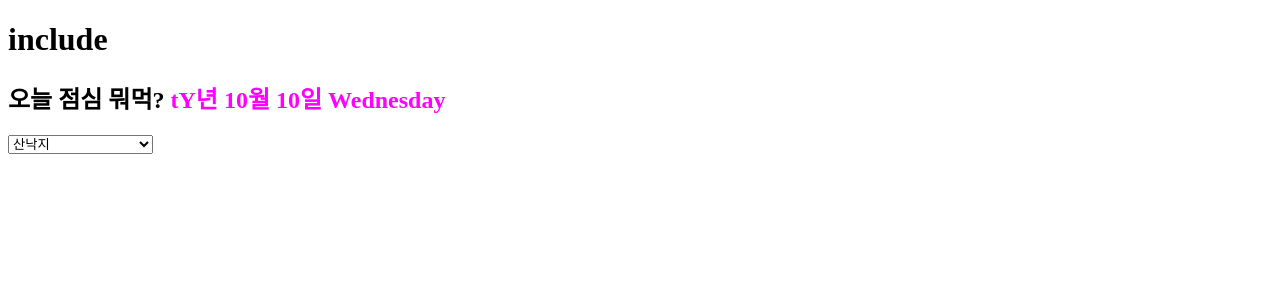
Repository: steeveelee2/WEB_Study
Page: http://localhost/jspProject/views/03_lunchMenu.jsp
These files come from the project's save history. The page is drawn as it stood at one moment and after the next save; the edit follows.
The browser window is 1280 px wide. The pictures show the whole page.
The page is served by Tomcat 9. Other server files are loaded and not shown.

Above is the page before, as saved 2018-10-15 03:12:17.

### webWorkspace/jspProject/web/views/03_lunchMenu.jsp
<%@ page language="java" contentType="text/html; charset=UTF-8"
    pageEncoding="UTF-8"%>
<%@ page import="java.util.*" %>
<%
	Date now=new Date();
	String today=String.format("tY년 %tm월 %td일 %tA",now,now,now,now);
%>
<!DOCTYPE html>
<html>
<head>
<meta charset="UTF-8">
<title>JSP 테스트 3</title>
</head>
<body>
	<h1>include</h1>

	<h2>오늘 점심 뭐먹?
		<span style="color:magenta;"><%=today %></span>
	</h2>
	<select>
		<option value="산낙지">산낙지</option>
		<option value="춘천식닭갈비">춘천식닭갈비</option>
		<option value="김치리조또">김치리조또</option>
		<option value="트래디셔널멕시칸나쵸">트래디셔널멕시칸나쵸</option>
		<option value="돼지고기김치찌개">돼지고기김치찌개</option>
	</select>
</body>
</html>

After the next save:
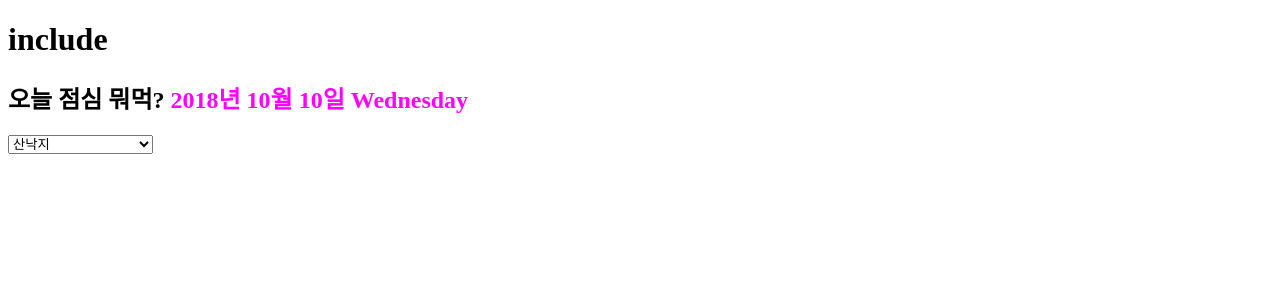
Saved 16 s later.
--- a/webWorkspace/jspProject/web/views/03_lunchMenu.jsp
+++ b/webWorkspace/jspProject/web/views/03_lunchMenu.jsp
@@ -3,7 +3,7 @@
 <%@ page import="java.util.*" %>
 <%
 	Date now=new Date();
-	String today=String.format("tY년 %tm월 %td일 %tA",now,now,now,now);
+	String today=String.format("%tY년 %tm월 %td일 %tA",now,now,now,now);
 %>
 <!DOCTYPE html>
 <html>
